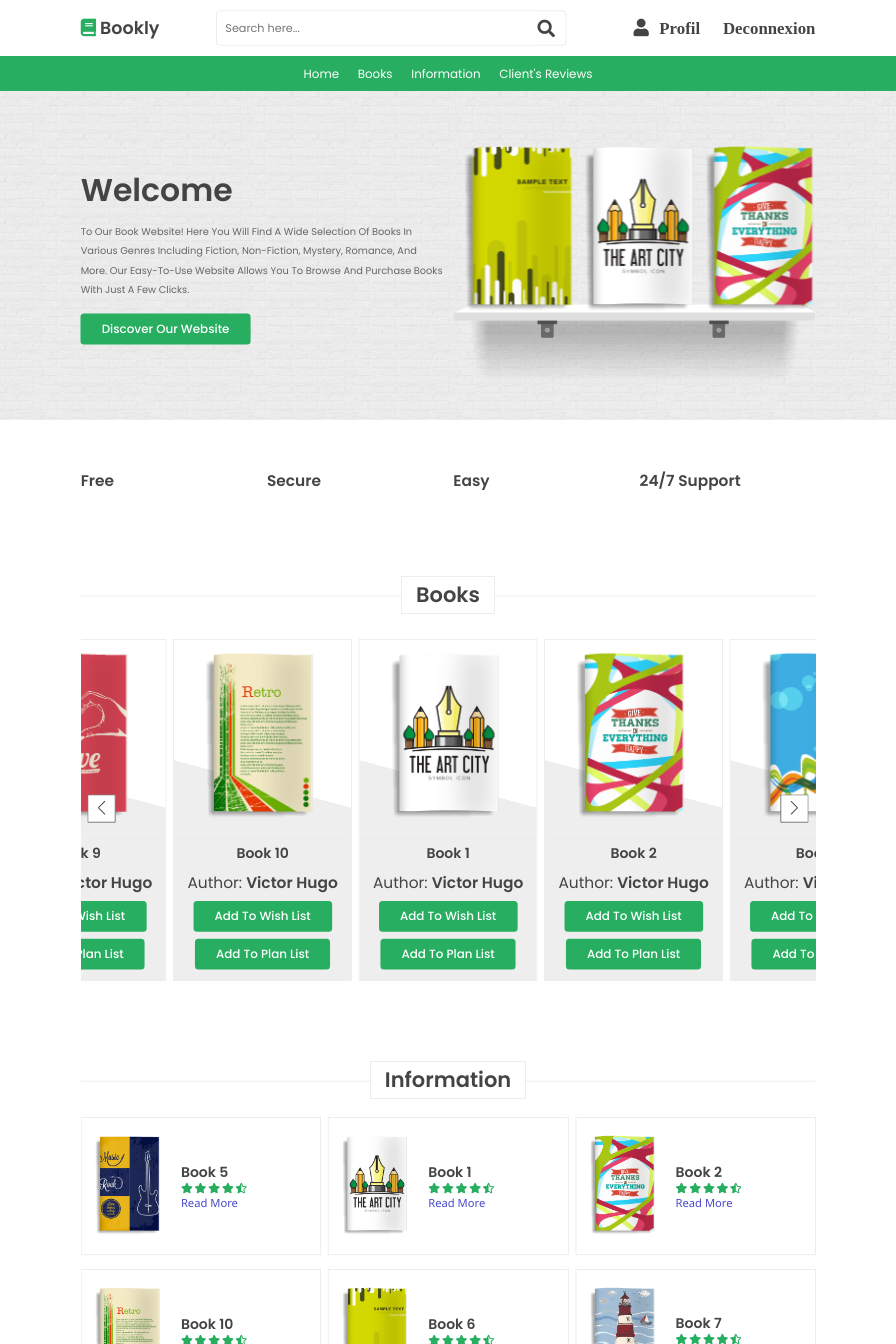
Repository: souhailaniba/Bookly
Page: public/assets/books webstie/index2.html
These files come from the project's save history. The page is drawn as it stood at one moment and after the next save; the edit follows.
The browser window is 1280 px wide. The pictures show the part of the page from y = 0 to 1920 px (the page is 3055 px tall), at 70% of full size.

Above is the page before, as saved 2023-01-27 16:29:25.

After the next save:
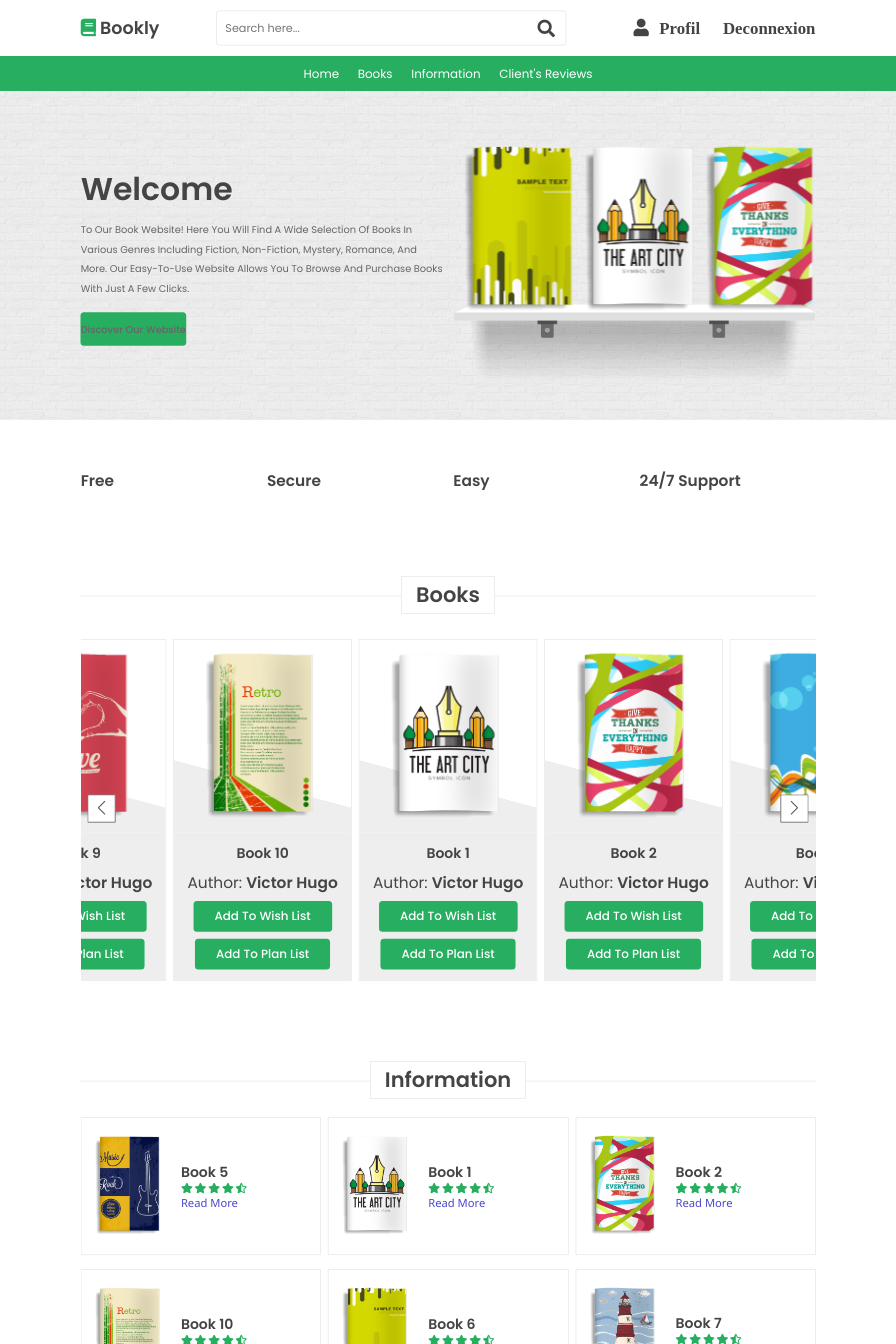
Saved 5 s later.
--- a/public/assets/books webstie/index2.html
+++ b/public/assets/books webstie/index2.html
@@ -71,7 +71,7 @@
         <div class="content">
             <h3>Welcome</h3>
             <p>To our book website! Here you will find a wide selection of books in various genres including fiction, non-fiction, mystery, romance, and more. Our easy-to-use website allows you to browse and purchase books with just a few clicks.</p>
-            <button class="btn">Discover Our Website</button>
+            <p class="btn">Discover Our Website</button>
         </div>
 
         <div class="swiper books-slider">
